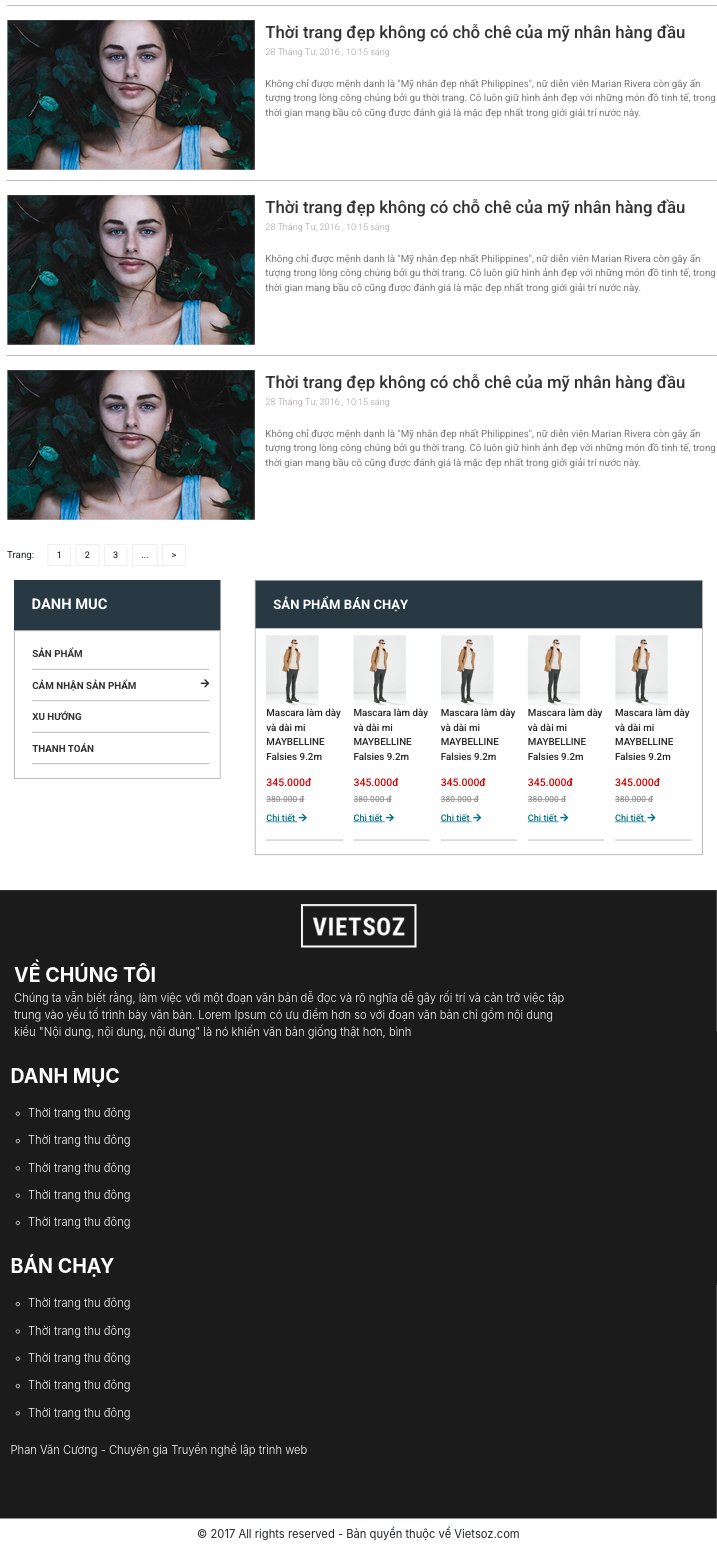
Repository: vinhtk0209/Vietsoz-reponsive
Page: index.html
The author's editor kept a copy of each file at every save. The page is drawn from the files as they stood at one save, then again after the next save.
The browser window is 1024 px wide. The pictures show the part of the page from y = 1431 to 3671 px (the page is 3651 px tall before and 3671 px after), at 70% of full size.

Above is the page before, as saved 2021-10-24 17:20:58.

After the next save:
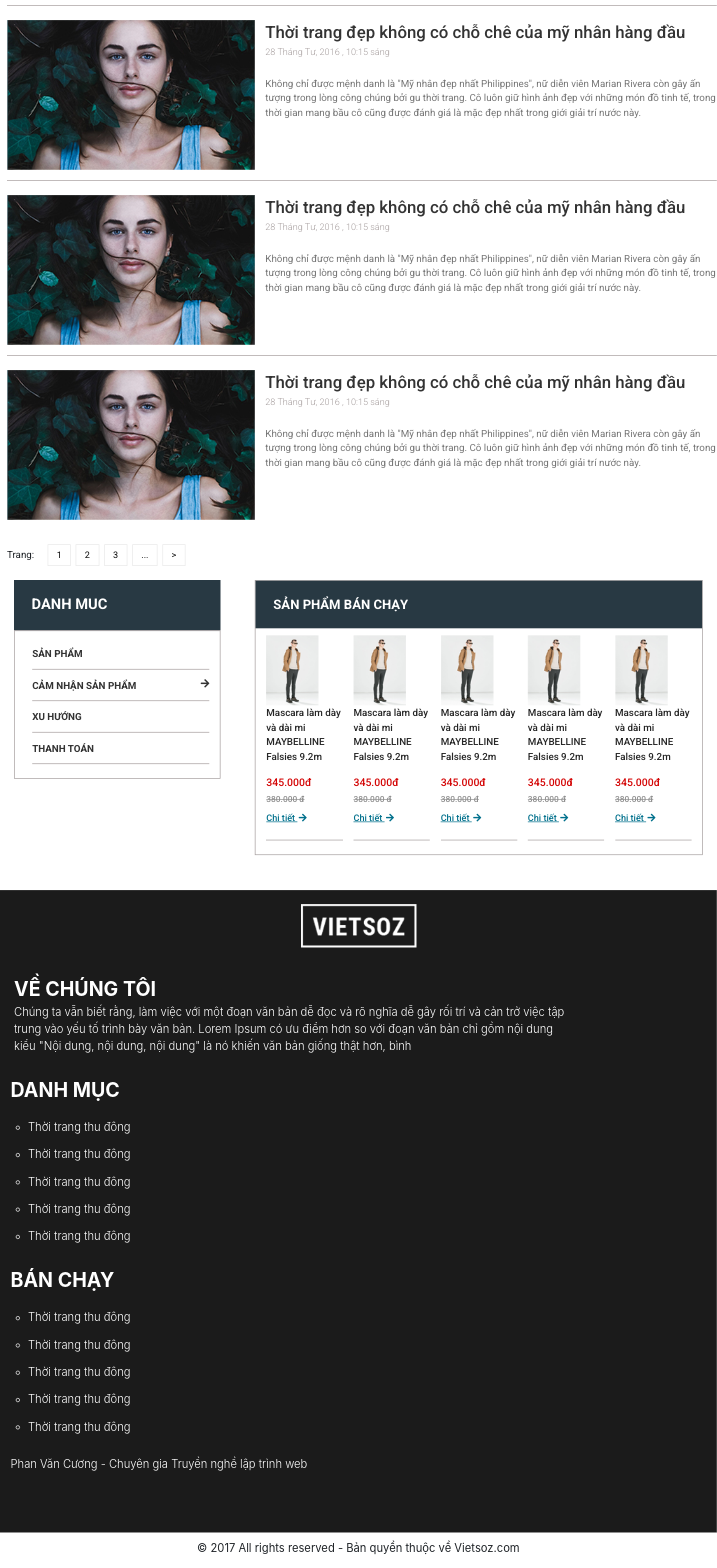
Saved 10 s later.
--- a/assets/css/reponsive.css
+++ b/assets/css/reponsive.css
@@ -62,7 +62,7 @@
 
     .footer .footer-content .footer-info p {
         padding-top: 0;
-        margin-top: 60px;
+        margin-top: 80px;
         padding-right: 200px;
         padding-left: 5px;
         position: relative;
